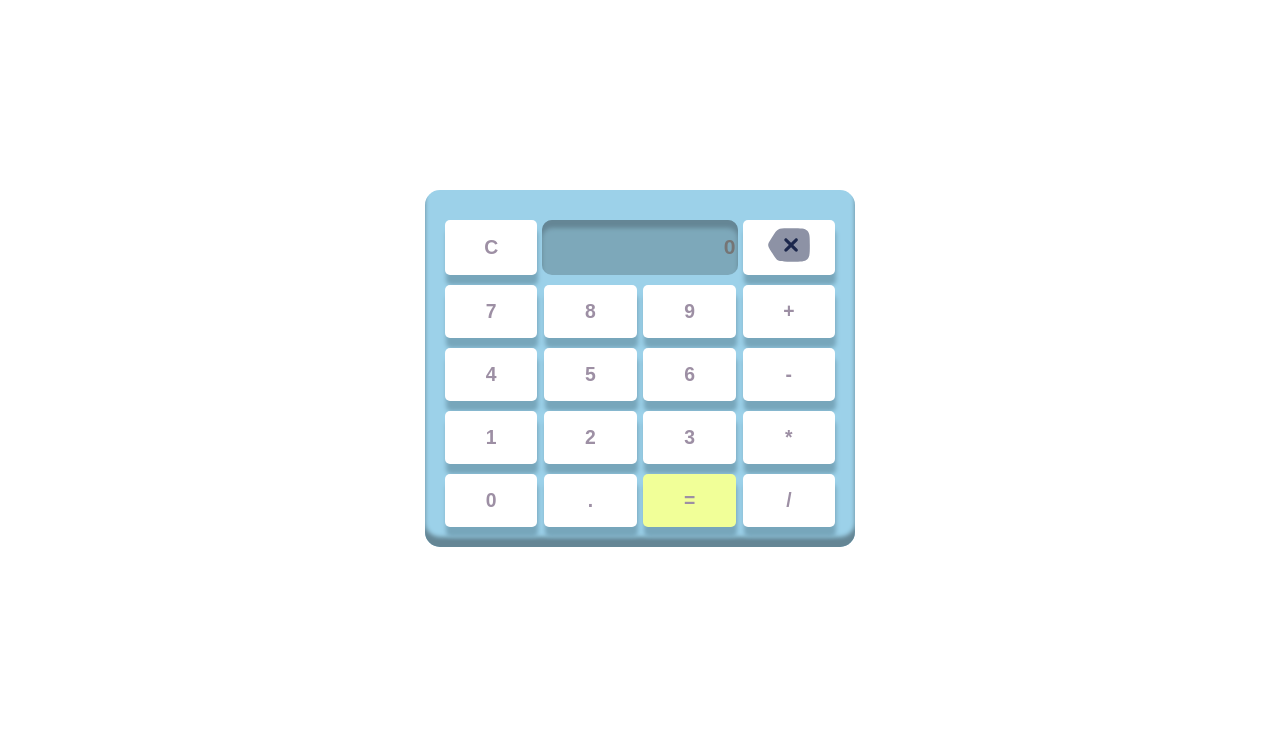
Repository: sem1103/calculator
Page: index.html
These files come from the project's save history. The page is drawn as it stood at one moment and after the next save; the edit follows.
The browser window is 1280 px wide. The pictures show the whole page.
Empty fields were first filled with sample values (such as "Sample", 5 or name@example.com).
After loading, the first visible `#display` was changed once.

Above is the page before, as saved 2023-11-02 15:28:21.

### index.html
<!DOCTYPE html>
<html lang="en">

<head>
    <meta charset="UTF-8">
    <meta name="viewport" content="width=device-width, initial-scale=1.0">
    <title>Calc</title>
    <style>
        * {
            box-sizing: border-box;
            font: bold 1.1rem arial;
        }

        .calc__container {
            display: flex;
            justify-content: center;
            height: 100vh;
            align-items: center;
        }

        .calc__wrapper {
            max-width: 900px;
            background-color: #9cd1e9;
            padding: 20px;
            border-radius: 15px;
            box-shadow: inset 0px -10px 4px #658695;
        }

        .calc__display {
            box-shadow: inset 0px 8px 4px 0px #658695;
            background-color: #7da8ba;
            width: 50%;
            border-radius: 10px;
            border: 0;
            outline: 0;
            text-align: right;
            font-size: 1.2rem;
            color: #fff;
        }

        .calc__main,
        .calc__header {
            display: flex;
            flex-direction: row;
            flex-wrap: wrap;
            justify-content: space-between;
            row-gap: 10px;
            column-gap: 5px;

        }

        .calc__header {
            margin: 10px 0;
        }

        .sum {
            background-color: #f1ff98;
        }

        button {
            padding: 15px 5px;
            text-align: center;
            background-color: #fff;
            box-shadow: 1px 10px 4px #77a6bb;
            flex-basis: calc(25% - 5px);
            border: 0;
            border-radius: 5px;
            cursor: pointer;
            color: #9d8fa4;
            transition: all .1s ease-in-out;
        }

        button:active {
            box-shadow: 1px 0 4px #77a6bb;
            transform: translate(0, 3px);
        }

        button:hover {
            background-color: #d1d1d1;
        }

        .active {
            box-shadow: 1px 0 4px #77a6bb;
            transform: translate(0, 3px);
            background-color: #d1d1d1;
        }

        .backspace {
            padding: 0;
        }

        .little__font {
            font-size: .7rem;
        }
    </style>
</head>

<body>
    <div class="calc__container">
        <div class="calc__wrapper">
            <div class="calc__header">
                <button onclick="clearDisplay()">C</button>
                <input id="display" class="calc__display" type="text" placeholder="0" oninput="setValueHandle(this)">

                </input>
                <button class="backspace" onclick="backspace()" data-key="Backspace">
                    <svg width="50px" viewBox="0 0 24 24" fill="none" xmlns="http://www.w3.org/2000/svg">
                        <path opacity="0.5"
                            d="M6.87114 19.4986C7.80085 20 8.91458 20 11.142 20H13.779C17.6544 20 19.5921 20 20.7961 18.8284C22 17.6569 22 15.7712 22 12C22 8.22876 22 6.34315 20.7961 5.17157C19.5921 4 17.6544 4 13.779 4H11.142C8.91458 4 7.80085 4 6.87114 4.50143C5.94144 5.00286 5.35117 5.92191 4.17061 7.76001L3.48981 8.82001C2.4966 10.3664 2 11.1396 2 12C2 12.8604 2.4966 13.6336 3.48981 15.18L4.17061 16.24C5.35117 18.0781 5.94144 18.9971 6.87114 19.4986Z"
                            fill="#1C274C" />
                        <path
                            d="M11.0303 8.96967C10.7374 8.67678 10.2626 8.67678 9.96967 8.96967C9.67678 9.26256 9.67678 9.73744 9.96967 10.0303L11.9394 12L9.96969 13.9697C9.6768 14.2626 9.6768 14.7374 9.96969 15.0303C10.2626 15.3232 10.7375 15.3232 11.0304 15.0303L13 13.0607L14.9696 15.0303C15.2625 15.3232 15.7374 15.3232 16.0303 15.0303C16.3232 14.7374 16.3232 14.2625 16.0303 13.9697L14.0607 12L16.0303 10.0304C16.3232 9.73746 16.3232 9.26258 16.0303 8.96969C15.7374 8.6768 15.2626 8.6768 14.9697 8.96969L13 10.9394L11.0303 8.96967Z"
                            fill="#1C274C" />
                    </svg>
                </button>
            </div>
            <div class="calc__main">
                <button onkeydown="test(this)" onclick="setValueHandle(this)">7</button>
                <button onclick="setValueHandle(this)">8</button>
                <button onclick="setValueHandle(this)">9</button>
                <button onclick="setValueHandle(this)">+</button>
                <button onclick="setValueHandle(this)">4</button>
                <button onclick="setValueHandle(this)">5</button>
                <button onclick="setValueHandle(this)">6</button>
                <button onclick="setValueHandle(this)">-</button>
                <button onclick="setValueHandle(this)">1</button>
                <button onclick="setValueHandle(this)">2</button>
                <button onclick="setValueHandle(this)">3</button>
                <button onclick="setValueHandle(this)">*</button>
                <button onclick="setValueHandle(this)">0</button>
                <button onclick="setValueHandle(this)">.</button>
                <button onclick="calcSumm()" class="sum" data-key="Enter">=</button>
                <button onclick="setValueHandle(this)">/</button>
            </div>
        </div>
    </div>


    <script>
        let calcDisplay = document.getElementById('display');
        let buttons = document.querySelectorAll('button');

        function setValueHandle(e) {
            calcDisplay.classList.remove('little__font');
            if (/[a-zA-Zа-яА-ЯёЁ]/.test(calcDisplay.value)) {
                console.log(1);
                calcDisplay.value = '';
                return;
            } else if (/\b0+\d+/.test(calcDisplay.value) || /^[+\*/]/.test(calcDisplay.value)) {
                calcDisplay.value = 'Ошибка!';
                return;
            }
            calcDisplay.value += e.innerHTML;
        }

        function clearDisplay() {
            calcDisplay.classList.remove('little__font');
            calcDisplay.value = '';
        }

        function calcSumm() {
            let value = calcDisplay.value;


            value = value.replace(/\s/g, '');
            let operators = value.split('').filter(item => {
                if (item == '+' || item == '-' || item == '*' || item == '/') return item;
            })
            let numbers = value.split(/[+\-*/]/);
            let result = +numbers[0];

            // console.log(operators);
            // console.log(numbers);
            if (numbers[numbers.length - 1] == '') {
                calcDisplay.classList.add('little__font');
                calcDisplay.value = 'Ошибка!';
                return;
            } else if (/[\+\-\*\/]{2,}/.test(calcDisplay.value)) {
                calcDisplay.classList.add('little__font');
                calcDisplay.value = 'Два математических операций!';
                return;
            }



            operators.forEach((item, index) => {
                if (item == '+') {
                    result += +numbers[index + 1]
                } else if (item == '-') {
                    result -= numbers[index + 1]
                } else if (item == '/') {
                    if (+numbers[index + 1] === 0) {
                        calcDisplay.classList.add('little__font');
                        calcDisplay.value = 'На ноль делить нельзя!!';
                        throw new Error('infiniti');
                    } else result /= numbers[index + 1];

                } else result *= numbers[index + 1]
            });
            calcDisplay.value = result;

        }

        function backspace() {
            calcDisplay.value = calcDisplay.value.slice(0, -1)
        }


        document.body.addEventListener('keydown', (e) => {
            console.log(e);
            if (e.key >= 0 && e.key <= 9 || ['+', '-', '*', '/', '.'].includes(e.key) || e.key == 'Enter' || e.key == 'Backspace') {
                for(let i = 0; i < buttons.length; i++){

                }

                buttons.forEach(item => {
                    console.log(item.dataset.key);
                    console.log(e.key);
                    if(item.dataset.key == e.key & e.key == 'Enter'){
                        calcSumm();
                        showClickButton(item);
                    }
                    else if(item.dataset.key == e.key & e.key == 'Backspace'){
                        console.log(1);
                        backspace();
                        showClickButton(item);
                    }
                    else if (item.innerHTML == e.key) {
                        setValueHandle(item);
                        showClickButton(item);
                    }

                })
            }
        });

        function showClickButton(item) {
            item.classList.add('active');
            item.addEventListener('transitionend', () => {
                item.classList.remove('active')
            })
        }
    </script>
</body>

</html>

After the next save:
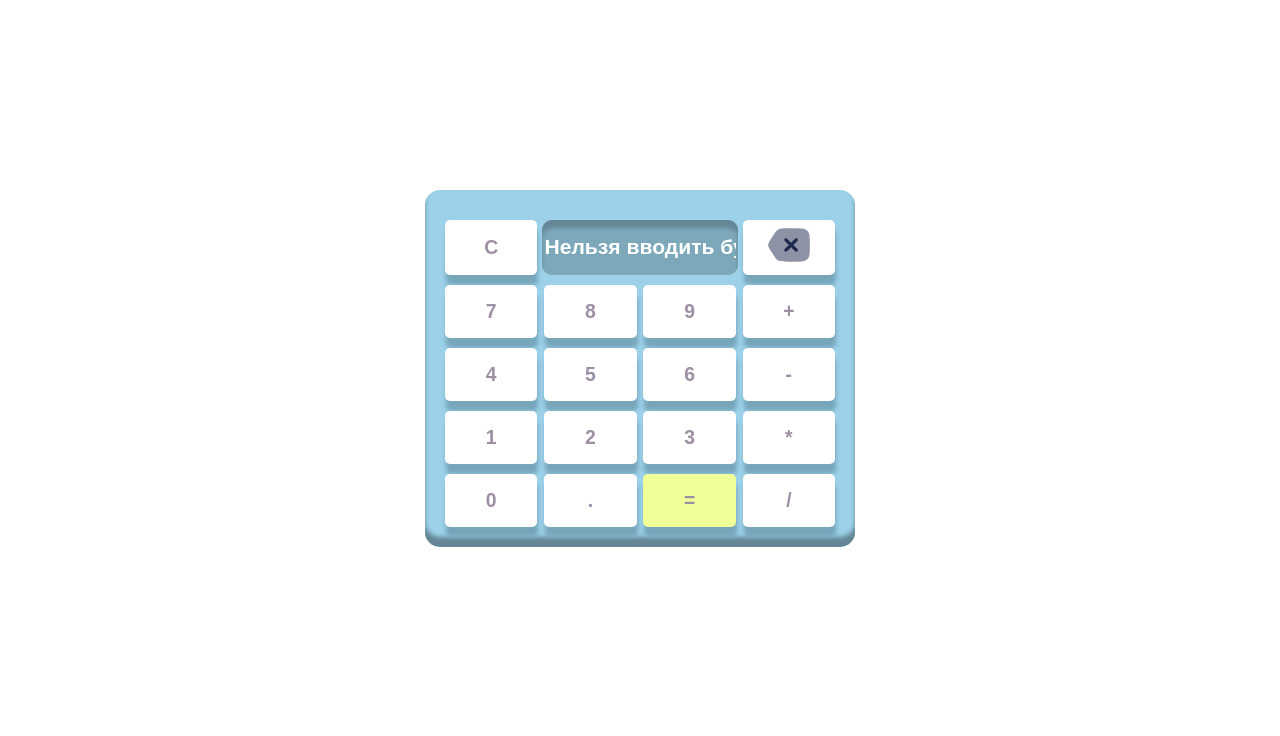
Saved 59 s later.
--- a/index.html
+++ b/index.html
@@ -143,8 +143,8 @@
         function setValueHandle(e) {
             calcDisplay.classList.remove('little__font');
             if (/[a-zA-Zа-яА-ЯёЁ]/.test(calcDisplay.value)) {
-                console.log(1);
-                calcDisplay.value = '';
+                calcDisplay.classList.remove('little__font');
+                calcDisplay.value = 'Нельзя вводить буквы!';
                 return;
             } else if (/\b0+\d+/.test(calcDisplay.value) || /^[+\*/]/.test(calcDisplay.value)) {
                 calcDisplay.value = 'Ошибка!';
